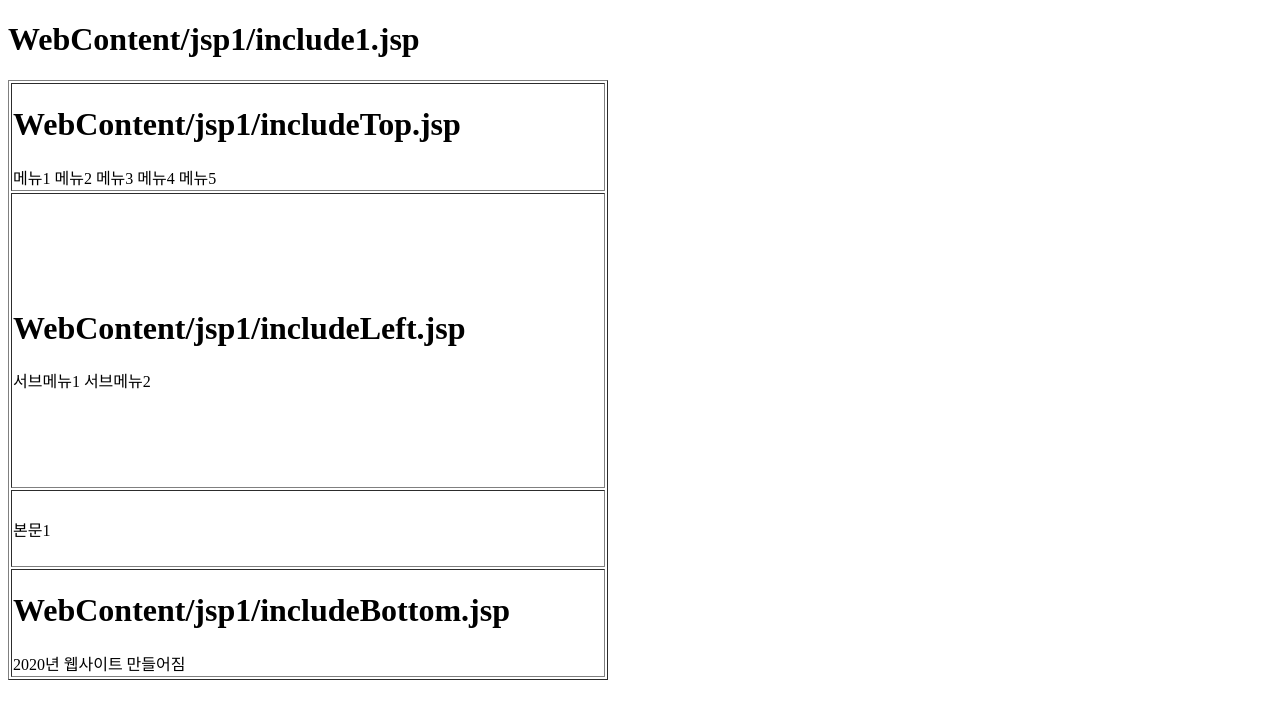
Repository: ReadStar/workspace_jsp
Page: http://localhost/StudyJSP/jsp1/include1.jsp
The author's editor kept a copy of each file at every save. The page is drawn from the files as they stood at one save, then again after a run of saves.
The browser window is 1280 px wide. The pictures show the whole page.
The page is served by Tomcat 9. Other server files are loaded and not shown.

Above is the page before, as saved 2020-08-13 03:05:35.

### StudyJSP/WebContent/jsp1/include1.jsp
<%@ page language="java" contentType="text/html; charset=UTF-8"
    pageEncoding="UTF-8"%>
<!DOCTYPE html>
<html>
<head>
<meta charset="UTF-8">
<title>Insert title here</title>
</head>
<body>
<h1>WebContent/jsp1/include1.jsp</h1>
<table border="1" width="600" height="600">
<tr><td colspan="2" width="600" height="100"> <jsp:include page="includeTop.jsp"/></td></tr>
<tr><td width="100" heigt="400"><jsp:include page="includeLeft.jsp"/></td></tr>
				<td>본문1</td>
<tr><td colspan="2" width="600" height="100"><jsp:include page="includeBottom.jsp"/></td></tr>
</table>
</body>
</html>

### StudyJSP/WebContent/jsp1/includeTop.jsp
<%@ page language="java" contentType="text/html; charset=UTF-8"
    pageEncoding="UTF-8"%>
<h1>WebContent/jsp1/includeTop.jsp</h1>
메뉴1 메뉴2 메뉴3 메뉴4 메뉴5

### StudyJSP/WebContent/jsp1/includeLeft.jsp
<%@ page language="java" contentType="text/html; charset=UTF-8"
    pageEncoding="UTF-8"%>

<h1>WebContent/jsp1/includeLeft.jsp</h1>
서브메뉴1 서브메뉴2

### StudyJSP/WebContent/jsp1/includeBottom.jsp
<%@ page language="java" contentType="text/html; charset=UTF-8"
    pageEncoding="UTF-8"%>

<h1>WebContent/jsp1/includeBottom.jsp</h1>
2020년 웹사이트 만들어짐

After the next 3 saves:
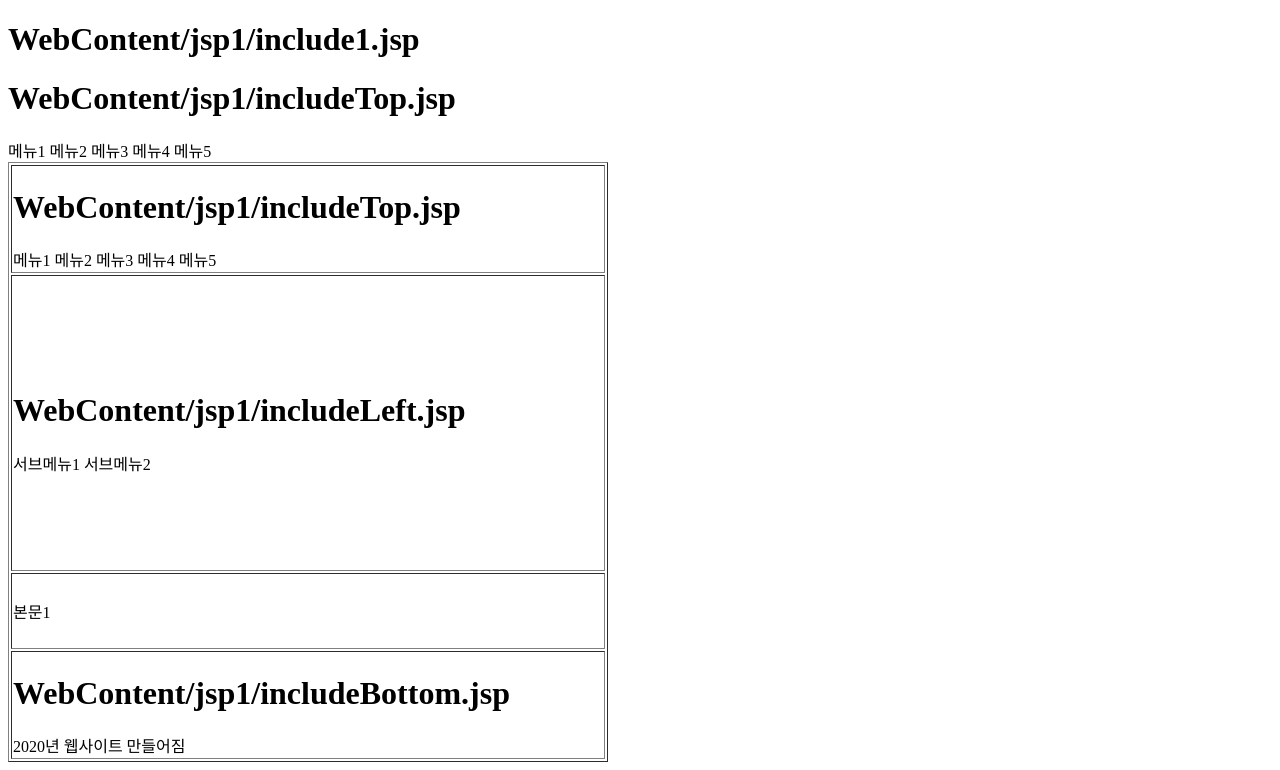
The 3 saves are shown as one change because 2 did not build or start.
The last was saved 3 min 42 s later.
--- a/StudyJSP/WebContent/jsp1/include1.jsp
+++ b/StudyJSP/WebContent/jsp1/include1.jsp
@@ -10,6 +10,8 @@
 <h1>WebContent/jsp1/include1.jsp</h1>
 <table border="1" width="600" height="600">
 <tr><td colspan="2" width="600" height="100"> <jsp:include page="includeTop.jsp"/></td></tr>
+<jsp:include page="includeTop.jsp"><jsp:param value="kim" name="id"/>
+</jsp:include>
 <tr><td width="100" heigt="400"><jsp:include page="includeLeft.jsp"/></td></tr>
 				<td>본문1</td>
 <tr><td colspan="2" width="600" height="100"><jsp:include page="includeBottom.jsp"/></td></tr>
